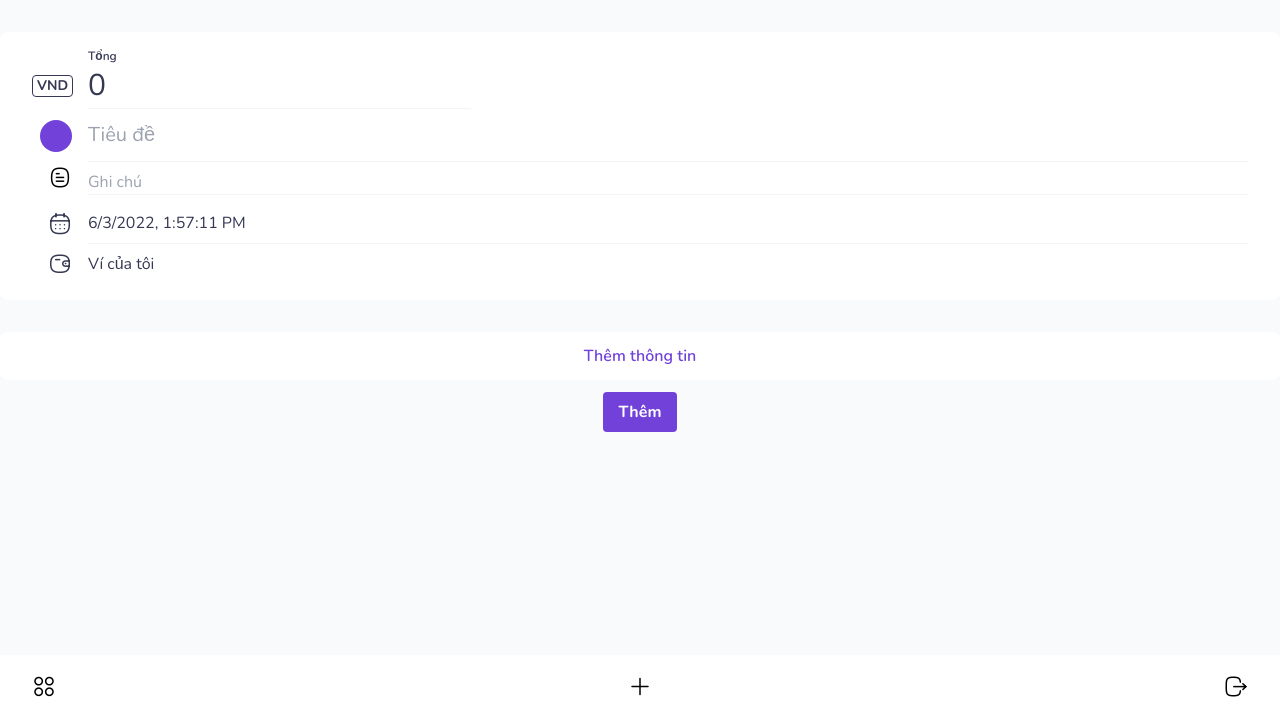
Repository: diinn/money-task
Page: /new-transaction
The author's editor kept a copy of each file at every save. The page is drawn from the files as they stood at one save, then again after the next save.
The browser window is 1280 px wide. The pictures show the whole page.
The project was rebuilt for these pictures with package versions that can differ from the ones it lists, and the page was loaded fresh each time.

Above is the page before, as saved 2022-06-04 09:12:39.

After the next save:
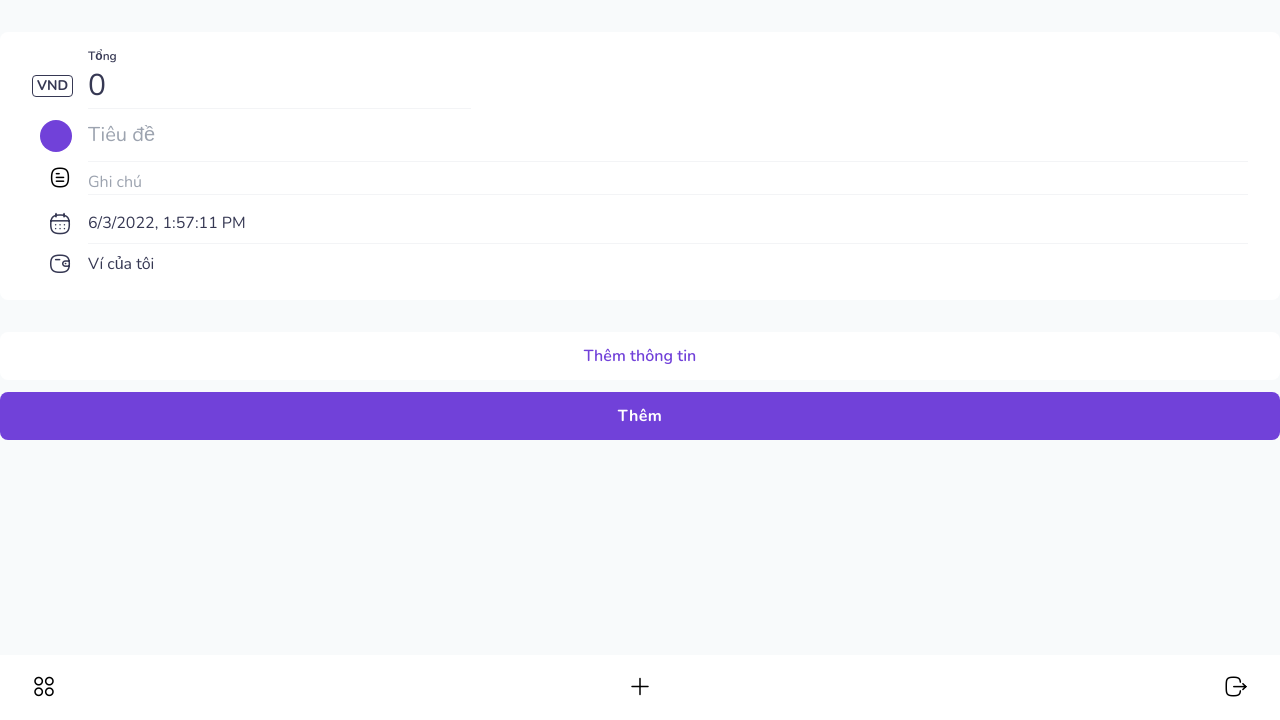
Saved 5 min 20 s later.
--- a/src/views/new-transaction.vue
+++ b/src/views/new-transaction.vue
@@ -189,7 +189,7 @@
     <div class="flex w-full justify-center mt-3">
       <button
         type="submit"
-        class="bg-primary text-white font-bold px-4 py-2 rounded"
+        class="w-full py-3 text-center bg-primary text-white font-bold rounded-lg tracking-wide"
       >
         Thêm
       </button>
